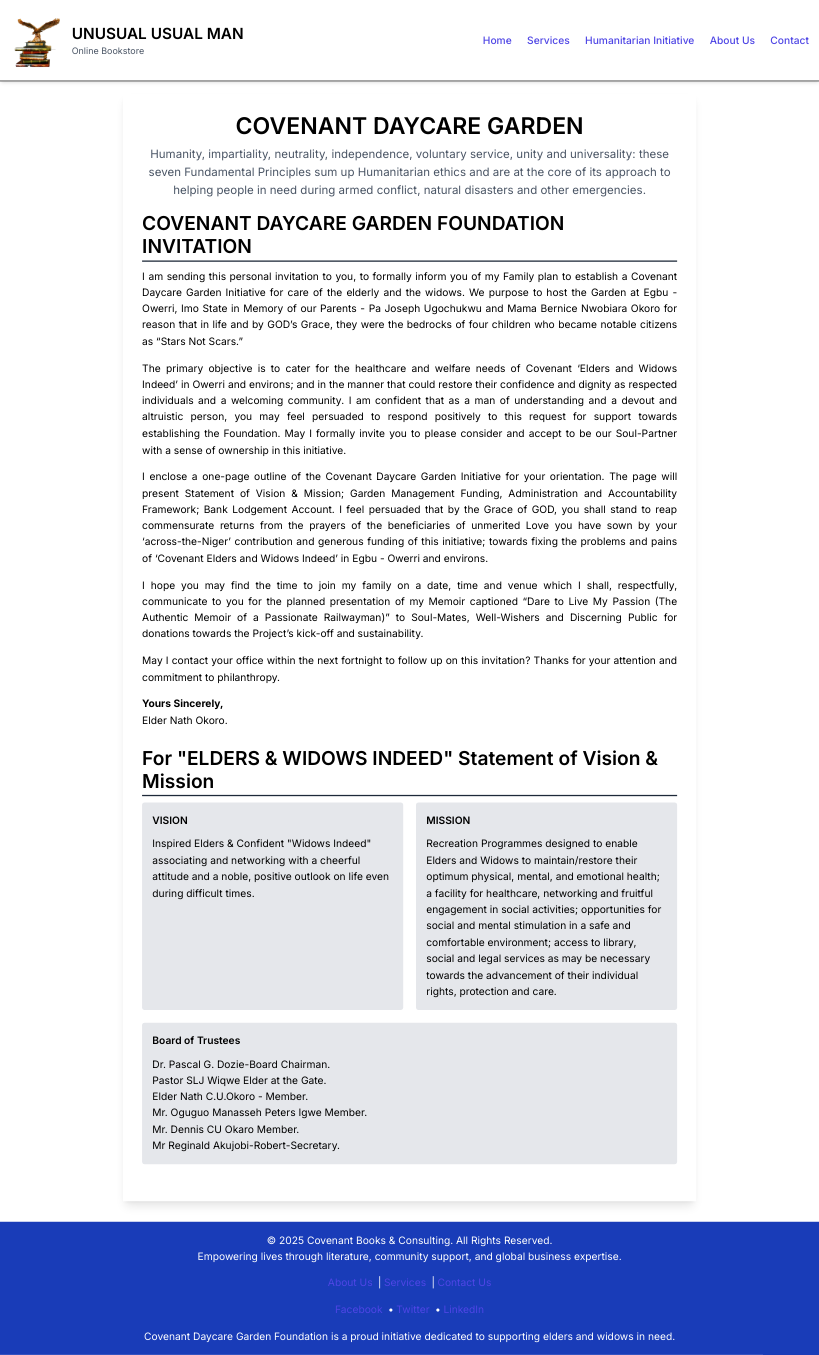
Repository: Rickyy1017/online-bookstore
Page: /humanitarian-initiative (app in frontend/)
An editor plug-in stored every save of this project. The page is shown before and after the next save, followed by the edit.
The browser window is 1280 px wide. The pictures show the whole page, at 64% of full size.
The project was rebuilt for these pictures with package versions that can differ from the ones it lists, and the page was loaded fresh each time. The framework's server and built-in components were replaced by stand-ins that run in the browser. Also part of the build but not shown: frontend/next.config.ts.

Above is the page before, as saved 2025-10-09 23:37:08.

### frontend/app/humanitarian-initiative/page.tsx
import Link from 'next/link';
import Image from 'next/image';

export default function HumanitarianInitiative() {
  return (
    <>
      <header className="bg-white shadow-md border-b">
        <div className="container mx-auto px-4 py-4 flex justify-between items-center">
          <div className="flex items-center">
            <Image src="/images/logo.png" alt="Logo" width={80} height={100} className="mr-4" />
            <div>
              <h1 className="text-2xl font-bold text-gray-900">UNUSUAL USUAL MAN</h1>
              <p className="text-sm text-gray-600">Online Bookstore</p>
            </div>
          </div>
          <nav className="hidden md:flex space-x-6">
            <Link href="/" className="text-gray-700 font-medium hover:text-indigo-600 transition-colors">Home</Link>
            <Link href="/services" className="text-gray-700 font-medium hover:text-indigo-600 transition-colors">Services</Link>
            <Link href="/humanitarian-initiative" className="text-gray-700 font-medium hover:text-indigo-600 transition-colors">Humanitarian Initiative</Link>
            <Link href="/about" className="text-gray-700 font-medium hover:text-indigo-600 transition-colors">About Us</Link>
            <Link href="/contact" className="text-gray-700 font-medium hover:text-indigo-600 transition-colors">Contact</Link>
          </nav>
        </div>
      </header>
      <div className="max-w-4xl mx-auto bg-white p-7.5 shadow-lg mt-5">
        <header className="text-center mb-5">
          <h1 className="text-4xl text-gray-800 mb-2.5">COVENANT DAYCARE GARDEN</h1>
          <p className="text-lg text-gray-600">
            Humanity, impartiality, neutrality, independence, voluntary service, unity and universality: these seven Fundamental Principles sum up Humanitarian ethics and are at the core of its approach to helping people in need during armed conflict, natural disasters and other emergencies.
          </p>
        </header>

        <section className="mb-7">
          <h2 className="text-3xl text-gray-800 mb-2.5 border-b-2 border-gray-800 pb-1">COVENANT DAYCARE GARDEN FOUNDATION INVITATION</h2>
          <article className="mb-5">
            <p className="mb-4 text-justify">
              I am sending this personal invitation to you, to formally inform you of my Family plan to establish a Covenant Daycare Garden Initiative for care of the elderly and the widows. We purpose to host the Garden at Egbu -Owerri, Imo State in Memory of our Parents - Pa Joseph Ugochukwu and Mama Bernice Nwobiara Okoro for reason that in life and by GOD’s Grace, they were the bedrocks of four children who became notable citizens as “Stars Not Scars.”
            </p>
            <p className="mb-4 text-justify">
              The primary objective is to cater for the healthcare and welfare needs of Covenant ‘Elders and Widows Indeed’ in Owerri and environs; and in the manner that could restore their confidence and dignity as respected individuals and a welcoming community. I am confident that as a man of understanding and a devout and altruistic person, you may feel persuaded to respond positively to this request for support towards establishing the Foundation. May I formally invite you to please consider and accept to be our Soul-Partner with a sense of ownership in this initiative.
            </p>
            <p className="mb-4 text-justify">
              I enclose a one-page outline of the Covenant Daycare Garden Initiative for your orientation. The page will present Statement of Vision & Mission; Garden Management Funding, Administration and Accountability Framework; Bank Lodgement Account. I feel persuaded that by the Grace of GOD, you shall stand to reap commensurate returns from the prayers of the beneficiaries of unmerited Love you have sown by your ‘across-the-Niger’ contribution and generous funding of this initiative; towards fixing the problems and pains of ‘Covenant Elders and Widows Indeed’ in Egbu - Owerri and environs.
            </p>
            <p className="mb-4 text-justify">
              I hope you may find the time to join my family on a date, time and venue which I shall, respectfully, communicate to you for the planned presentation of my Memoir captioned “Dare to Live My Passion (The Authentic Memoir of a Passionate Railwayman)” to Soul-Mates, Well-Wishers and Discerning Public for donations towards the Project’s kick-off and sustainability.
            </p>
            <p className="mb-4 text-justify">
              May I contact your office within the next fortnight to follow up on this invitation? Thanks for your attention and commitment to philanthropy.
            </p>
            <p className="text-justify">
              <strong>Yours Sincerely,</strong><br />
              Elder Nath Okoro.
            </p>
          </article>
        </section>

        <section className="mb-7">
          <h2 className="text-3xl text-gray-800 mb-2.5 border-b-2 border-gray-800 pb-1">For "ELDERS & WIDOWS INDEED" Statement of Vision & Mission</h2>
          <div className="flex flex-wrap gap-5">
            <div className="flex-1 min-w-75 bg-gray-200 p-4 rounded">
              <h3 className="mb-2.5 text-blue-600">VISION</h3>
              <p>
                Inspired Elders & Confident "Widows Indeed" associating and networking with a cheerful attitude and a noble, positive outlook on life even during difficult times.
              </p>
            </div>
            <div className="flex-1 min-w-75 bg-gray-200 p-4 rounded">
              <h3 className="mb-2.5 text-blue-600">MISSION</h3>
              <p>
                Recreation Programmes designed to enable Elders and Widows to maintain/restore their optimum physical, mental, and emotional health; a facility for healthcare, networking and fruitful engagement in social activities; opportunities for social and mental stimulation in a safe and comfortable environment; access to library, social and legal services as may be necessary towards the advancement of their individual rights, protection and care.
              </p>
            </div>
            <div className="flex-1 min-w-75 bg-gray-200 p-4 rounded">
              <h3 className="mb-2.5 text-blue-600">Board of Trustees</h3>
              <p>Dr. Pascal G. Dozie-Board Chairman.</p>
              <p>Pastor SLJ Wiqwe Elder at the Gate.</p>
              <p>Elder Nath C.U.Okoro - Member.</p>
              <p>Mr. Oguguo Manasseh Peters Igwe Member.</p>
              <p>Mr. Dennis CU Okaro Member.</p>
              <p>Mr Reginald Akujobi-Robert-Secretary.</p>
            </div>
          </div>
        </section>
      </div>
      <footer className="bg-blue-800 text-white text-center py-4 mt-8">
        <p>© 2025 Covenant Books & Consulting. All Rights Reserved.</p>
        <p className="mb-4">Empowering lives through literature, community support, and global business expertise.</p>
        <nav className="mb-4">
          <Link href="/about" className="text-white hover:underline mx-1">About Us</Link> |
          <Link href="/services" className="text-white hover:underline mx-1">Services</Link> |
          <Link href="/contact" className="text-white hover:underline mx-1">Contact Us</Link>
        </nav>
        <div className="mb-4">
          <a href="#" className="text-blue-300 mx-1 no-underline">Facebook</a> •
          <a href="#" className="text-blue-300 mx-1 no-underline">Twitter</a> •
          <a href="#" className="text-blue-300 mx-1 no-underline">LinkedIn</a>
        </div>
        <p>Covenant Daycare Garden Foundation is a proud initiative dedicated to supporting elders and widows in need.</p>
      </footer>
    </>
  );
}

### frontend/app/globals.css
@import url('https://fonts.googleapis.com/css2?family=Inter:wght@300;400;500;600;700&display=swap');
@import "tailwindcss";

:root {
  --background: #ffffff;
  --foreground: #000000;
  --accent: #4f46e5;
  --accent-hover: #3730a3;
}

@theme inline {
  --color-background: var(--background);
  --color-foreground: var(--foreground);
  --font-sans: 'Inter', sans-serif;
  --font-mono: var(--font-geist-mono);
}

body {
  background: var(--background);
  color: var(--foreground);
  font-family: 'Inter', sans-serif;
  line-height: 1.6;
}

h1, h2, h3, h4, h5, h6 {
  font-weight: 600;
  color: var(--foreground);
}

a {
  color: var(--accent);
  transition: color 0.2s ease;
}

a:hover {
  color: var(--accent-hover);
}

button {
  transition: all 0.2s ease;
}

Loaded but not shown: frontend/app/layout.tsx (common file)

After the next save:
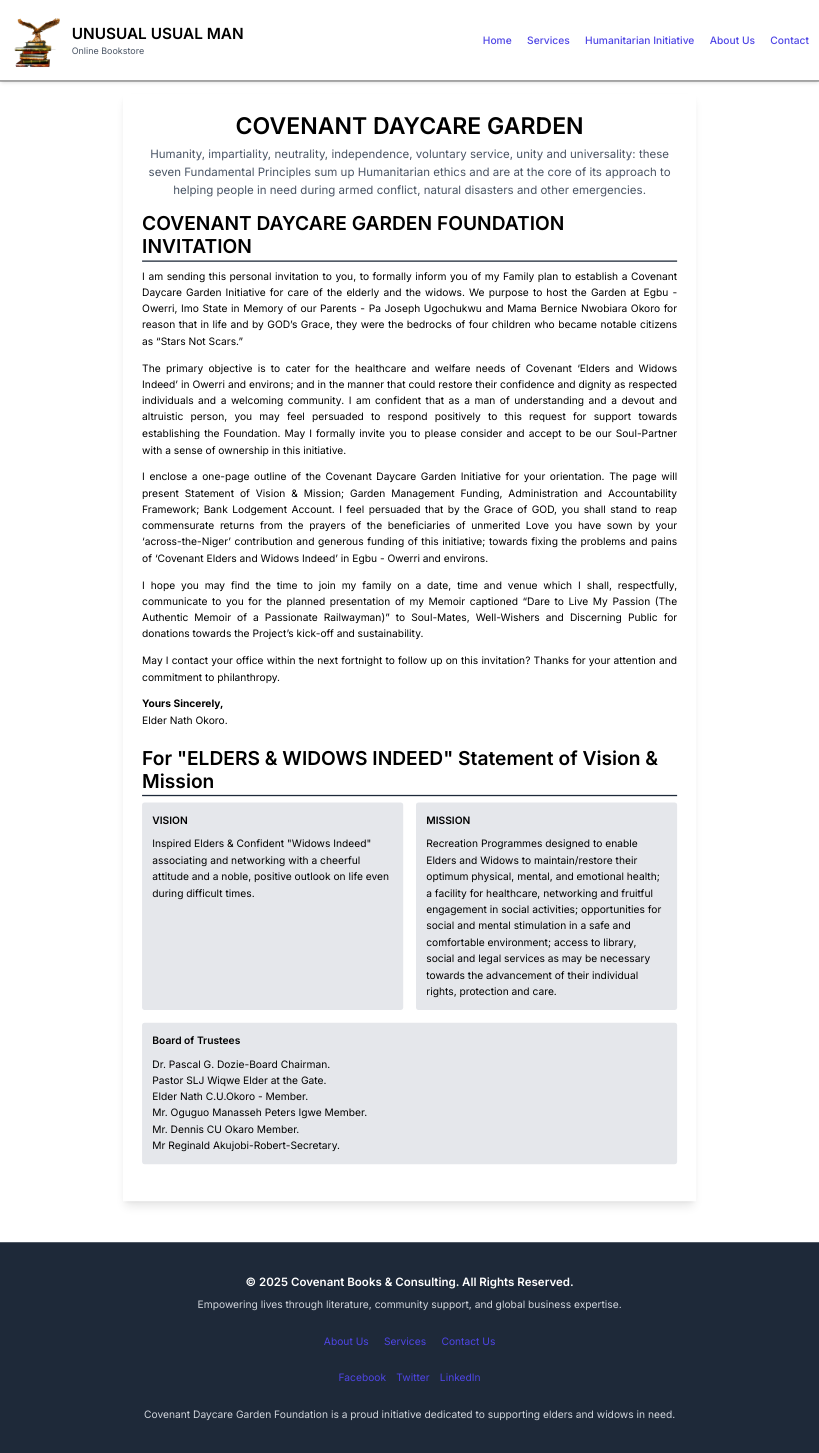
Saved 25 s later.
--- a/frontend/app/humanitarian-initiative/page.tsx
+++ b/frontend/app/humanitarian-initiative/page.tsx
@@ -82,20 +82,24 @@ export default function HumanitarianInitiative() {
           </div>
         </section>
       </div>
-      <footer className="bg-blue-800 text-white text-center py-4 mt-8">
-        <p>© 2025 Covenant Books & Consulting. All Rights Reserved.</p>
-        <p className="mb-4">Empowering lives through literature, community support, and global business expertise.</p>
-        <nav className="mb-4">
-          <Link href="/about" className="text-white hover:underline mx-1">About Us</Link> |
-          <Link href="/services" className="text-white hover:underline mx-1">Services</Link> |
-          <Link href="/contact" className="text-white hover:underline mx-1">Contact Us</Link>
-        </nav>
-        <div className="mb-4">
-          <a href="#" className="text-blue-300 mx-1 no-underline">Facebook</a> •
-          <a href="#" className="text-blue-300 mx-1 no-underline">Twitter</a> •
-          <a href="#" className="text-blue-300 mx-1 no-underline">LinkedIn</a>
+      <footer className="bg-gray-800 text-white py-12 mt-16">
+        <div className="container mx-auto px-4">
+          <div className="text-center mb-8">
+            <p className="text-lg font-semibold">© 2025 Covenant Books & Consulting. All Rights Reserved.</p>
+            <p className="text-gray-300 mt-2">Empowering lives through literature, community support, and global business expertise.</p>
+          </div>
+          <nav className="flex justify-center mb-8 space-x-6">
+            <Link href="/about" className="text-gray-200 hover:text-indigo-400 transition-colors">About Us</Link>
+            <Link href="/services" className="text-gray-200 hover:text-indigo-400 transition-colors">Services</Link>
+            <Link href="/contact" className="text-gray-200 hover:text-indigo-400 transition-colors">Contact Us</Link>
+          </nav>
+          <div className="flex justify-center mb-8 space-x-4">
+            <a href="#" className="text-gray-300 hover:text-indigo-400 transition-colors">Facebook</a>
+            <a href="#" className="text-gray-300 hover:text-indigo-400 transition-colors">Twitter</a>
+            <a href="#" className="text-gray-300 hover:text-indigo-400 transition-colors">LinkedIn</a>
+          </div>
+          <p className="text-center text-gray-300">Covenant Daycare Garden Foundation is a proud initiative dedicated to supporting elders and widows in need.</p>
         </div>
-        <p>Covenant Daycare Garden Foundation is a proud initiative dedicated to supporting elders and widows in need.</p>
       </footer>
     </>
   );
